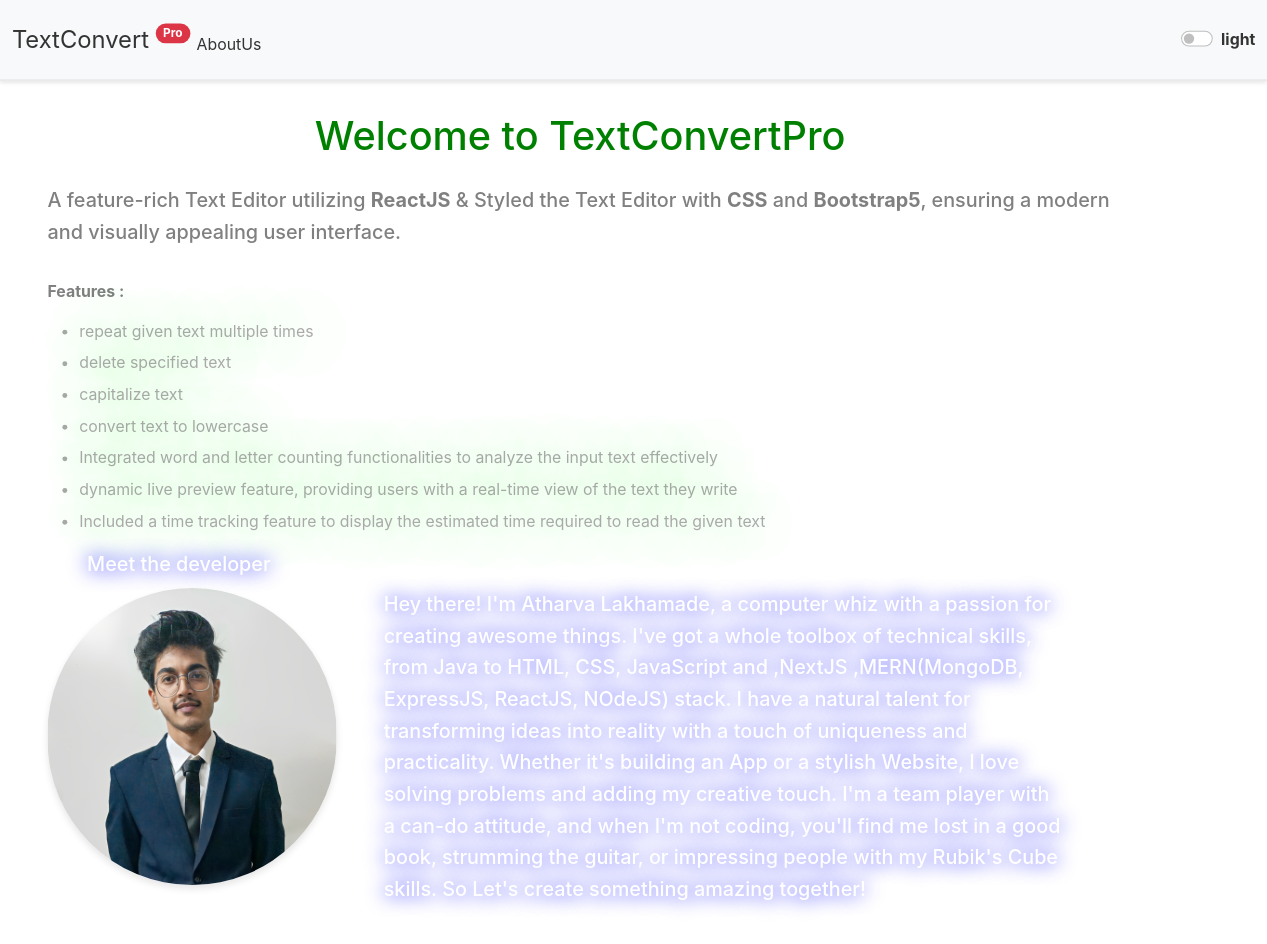
Repository: atha2810/TextConvertPro
Page: /about
The author's editor kept a copy of each file at every save. The page is drawn from the files as they stood at one save, then again after the next save.
The browser window is 1280 px wide. The pictures show the whole page, at 99% of full size.
The project was rebuilt for these pictures with package versions that can differ from the ones it lists, and the page was loaded fresh each time. Also part of the build but not shown: src/css/TextForm.css, src/TextForm.js.

Above is the page before, as saved 2024-07-25 19:36:43.

### src/App.js
import React, { useState } from "react";
import profile from "./images/profile.jpg";

import About from "./components/About";
import Navbar from "./components/Navbar";
import TextForm from "./TextForm";
import { BrowserRouter, Routes, Route } from "react-router-dom";

function App() {
  const [mode, setMode] = useState("light");
  const toggleMode = () => {
    if (mode === "light") {
      setMode("dark");
      document.body.style.backgroundColor = "#082844";
    } else {
      setMode("light");
      document.body.style.backgroundColor = "white";
    }
  };
  return (
    <>
      <BrowserRouter>
        <Navbar logo="TextConvert" mode={mode} toggleMode={toggleMode} />
        {/* <TextForm heading="Enter the text to analyse: " mode={mode}/> */}
        <Routes>
          <Route exact path="/about" element={<About imgSrc={profile} />} />
          {/* exact is usedto get exact path sometimes there are folders like /about-->componentX and /about/home-->componentY and if we want component from /about/home it will mistakenly will render from /about thats why */}

          <Route
            exact
            path="/TextConvertPro"
            element={<TextForm heading="Enter the text here ↓ " mode={mode} />}
          />
        </Routes>
      </BrowserRouter>
    </>
  );
}

export default App;

### src/components/About.js
import "../css/About.css";

export default function About(props) {
  return (
    <div
      className="container mx-3"
      style={{ display: "block", marginLeft: "500px" }}
    >
      <h1 style={{ color: props.mode === "dark" ? "white" : "green" }}>
        Welcome to TextConvertPro
      </h1>
      <div
        style={{
          color: props.mode === "ligh" ? "black" : "white",
        }}
      >
        <h4
          style={{
            color: "grey",
          }}
        >
          A feature-rich Text Editor utilizing <b>ReactJS</b> & Styled the Text
          Editor with <b>CSS</b> and <b>Bootstrap5</b>, ensuring a modern and
          visually appealing user interface.
        </h4>
        <br />{" "}
        <b
          style={{
            color: "grey",
          }}
        >
          Features :
        </b>
        <br />
        <ul
          style={{
            color: "darkgrey",
            textShadow: " 0 0 70px #0f0",
          }}
        >
          <li>repeat given text multiple times</li>
          <li> delete specified text</li> <li>capitalize text </li>
          <li>convert text to lowercase</li>
          <li>
            Integrated word and letter counting functionalities to analyze the
            input text effectively
          </li>
          <li>
            dynamic live preview feature, providing users with a real-time view
            of the text they write
          </li>
          <li>
            Included a time tracking feature to display the estimated time
            required to read the given text
          </li>
        </ul>
      </div>
      <h4
        style={{
          color: "#fff" /* Text color */,
          textShadow: "0 0 20px #00f",
          paddingLeft: "40px",
        }}
      >
        Meet the developer
      </h4>
      <div style={{ display: "flex" }}>
        <img
          src={props.imgSrc}
          style={{
            height: "300px",
            width: "300px",
            borderRadius: "150px 150px 150px 150px",
          }}
          alt="developer"
        ></img>
        <h4
          className="mx-5"
          style={{
            color: "#fff" /* Text color */,
            textShadow: "0 0 20px #00f",
          }}
        >
          Hey there! I'm Atharva Lakhamade, a computer whiz with a passion for
          creating awesome things. I've got a whole toolbox of technical skills,
          from Java to HTML, CSS, JavaScript and ,NextJS ,MERN(MongoDB,
          ExpressJS, ReactJS, NOdeJS) stack. I have a natural talent for
          transforming ideas into reality with a touch of uniqueness and
          practicality. Whether it's building an App or a stylish Website, I
          love solving problems and adding my creative touch. I'm a team player
          with a can-do attitude, and when I'm not coding, you'll find me lost
          in a good book, strumming the guitar, or impressing people with my
          Rubik's Cube skills. So Let's create something amazing together!
        </h4>
      </div>
    </div>
  );
}

### src/components/Navbar.js
import React from "react";
import { Link } from "react-router-dom";
import "../css/Navbar.css";
export default function Navbar(props) {
  return (
    <nav
      className={`navbar navbar-expand-lg navbar-${props.mode} bg-${props.mode}`}
    >
      <div className="container-fluid">
        <Link className="navbar-brand" to="/TextConvertPro">
          {props.logo}
          <button className="btn position-relative">
            <span className="position-absolute top-0 start-100 translate-middle badge rounded-pill bg-danger">
              Pro
            </span>
          </button>
        </Link>
        {/* <a className="navbar-brand" href="#">{props.logo}</a> */}
        <button
          className="navbar-toggler"
          type="button"
          data-bs-toggle="collapse"
          data-bs-target="#navbarSupportedContent"
          aria-controls="navbarSupportedContent"
          aria-expanded="false"
          aria-label="Toggle navigation"
        >
          <span className="navbar-toggler-icon"></span>
        </button>
        <div className="collapse navbar-collapse" id="navbarSupportedContent">
          <ul className="navbar-nav me-auto mb-2 mb-lg-0">
            <li className="nav-item">
              <Link className="nav-link" to="/about">
                AboutUs
              </Link>
              {/* <a className="nav-link" href="/about">About</a> */}
            </li>
          </ul>
          <form className="d-flex" role="search">
            <div
              className={`form-check form-switch text-${
                props.mode === "light" ? "dark" : "light"
              }`}
            >
              <input
                className="form-check-input"
                onClick={props.toggleMode}
                type="checkbox"
                role="switch"
                id="flexSwitchCheckDefault"
              />
              <label
                className="form-check-label"
                htmlFor="flexSwitchCheckDefault"
              >
                <b>{props.mode}</b>
              </label>
            </div>
          </form>
        </div>
      </div>
    </nav>
  );
}

### src/css/About.css
/* About Styles */
.container {
  padding: 2rem;
}

h1 {
  font-size: 2.5rem;
  color: #007bff;
  text-align: center;
  margin-bottom: 1.5rem;
}

h4 {
  font-size: 1.25rem;
  color: #333;
  line-height: 1.6;
}

ul {
  list-style-type: disc;
  margin: 1rem 0;
}

li {
  margin-bottom: 0.5rem;
}

img {
  border-radius: 50%;
  box-shadow: 0 4px 8px rgba(0, 0, 0, 0.1); /* Subtle shadow */
}

.developer-info {
  display: flex;
  align-items: center;
  justify-content: center;
  margin-top: 2rem;
}

.developer-info h4 {
  margin-left: 1.5rem;
  font-size: 1.25rem;
  color: #333;
}

.developer-info img {
  height: 300px;
  width: 300px;
}

### src/css/Navbar.css
/* Navbar Styles */
.navbar {
  border-bottom: 2px solid #eaeaea; /* Modern border for the navbar */
  box-shadow: 0 2px 4px rgba(0, 0, 0, 0.1); /* Subtle shadow */
}

.navbar-brand {
  display: flex;
  align-items: center;
  font-size: 1.5rem;
  color: #333;
  transition: color 0.3s ease;
}

.navbar-brand:hover {
  color: #007bff; /* Change color on hover */
}

.btn {
  /* Primary button color */
  border: none;
  color: white;
  transition: background-color 0.3s ease;
}

.nav-link {
  color: #333;
  transition: color 0.3s ease;
}

.nav-link:hover {
  color: #007bff; /* Change color on hover */
}

.navbar-toggler {
  border-color: #007bff; /* Color of the toggler */
}

.navbar-toggler-icon {
  background-image: linear-gradient(
    to right,
    #007bff,
    #0056b3
  ); /* Gradient effect */
}

.form-check-label {
  color: #333; /* Switch label color */
}

Loaded but not shown: public/index.html (common file); src/index.js (common file); src/index.css (common file); src/reportWebVitals.js (common file)

After the next save:
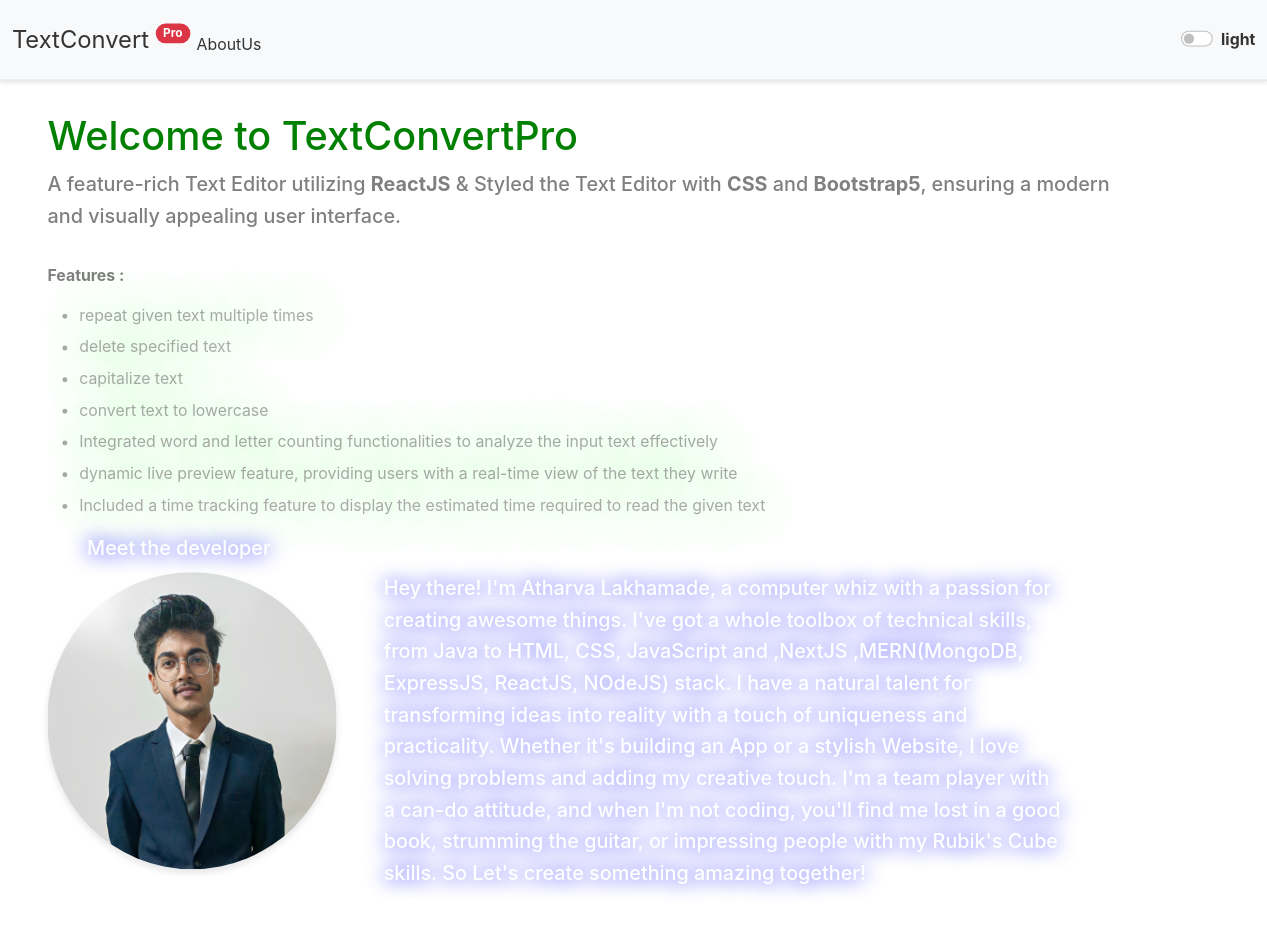
Saved 25 s later.
--- a/src/css/About.css
+++ b/src/css/About.css
@@ -1,13 +1,6 @@
 /* About Styles */
 .container {
   padding: 2rem;
-}
-
-h1 {
-  font-size: 2.5rem;
-  color: #007bff;
-  text-align: center;
-  margin-bottom: 1.5rem;
 }
 
 h4 {
